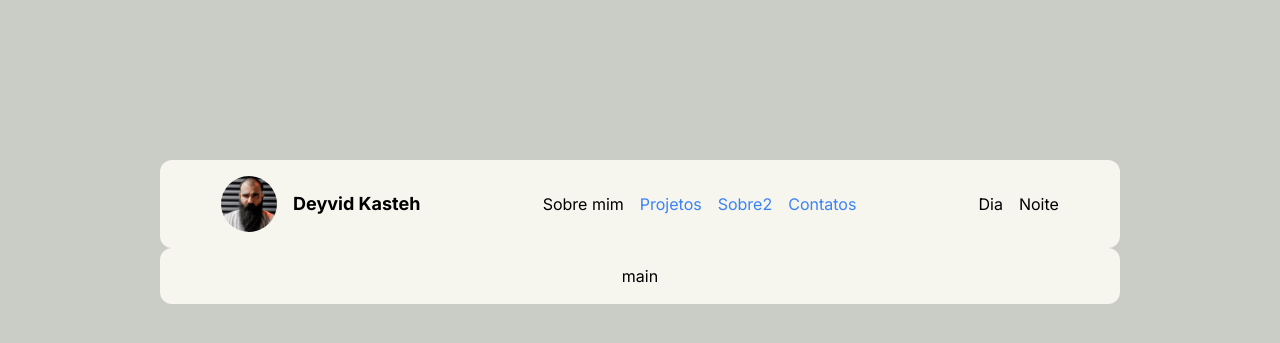
Repository: Deyvid-Kasteh/kasteh_portfolio
Page: /
The author's editor kept a copy of each file at every save. The page is drawn from the files as they stood at one save, then again after the next save.
The browser window is 1280 px wide. The pictures show the whole page.
The project was rebuilt for these pictures with package versions that can differ from the ones it lists, and the page was loaded fresh each time. The framework's server and built-in components were replaced by stand-ins that run in the browser. Also part of the build but not shown: next.config.mjs.

Above is the page before, as saved 2024-03-24 17:46:31.

### src/app/layout.tsx
import type { Metadata } from "next";
import { Inter } from "next/font/google";
import "./globals.css";

const inter = Inter({ subsets: ["latin"] });

export const metadata: Metadata = {
  title: "Create Next App",
  description: "Generated by create next app",
};

export default function RootLayout({
  children,
}: Readonly<{
  children: React.ReactNode;
}>) {
  return (
    <html lang="pt-br">
      <body
        className={`bg-customGrayBG ${inter.className} p-4 sm:p-6 md:p-8 lg:p-10 xl:p-40`}
      >
        {children}
      </body>
    </html>
  );
}

### src/app/page.tsx
import Header from "./components/header";
import Main from "./components/main";

export default function Home() {
  return (
    <>
      <Header />
      <Main />
      <footer></footer>
    </>
    // <main className="bg-neutral-200 flex min-h-screen flex-col items-center justify-between p-24">

    // </main>
  );
}

### src/app/globals.css
@tailwind base;
@tailwind components;
@tailwind utilities;

:root {
  --foreground-rgb: 0, 0, 0;
  --background-start-rgb: 214, 219, 220;
  --background-end-rgb: 0, 0, 0;
}

/* @media (prefers-color-scheme: dark) {
  :root {
    --foreground-rgb: 255, 255, 255;
    --background-start-rgb: 0, 0, 0;
    --background-end-rgb: 0, 0, 0;
  }
} */

body {
  color: "#25282B"
  /* background: linear-gradient(
      to bottom,
      transparent,
      rgb(var(--background-end-rgb))
    )
    rgb(var(--background-start-rgb)); */
}



@layer utilities {
  .text-balance {
    text-wrap: balance;
  }
}

### src/app/components/header.tsx
import React from "react";
import logo from "../../../public/deyvidKaseth.jpg";
import Image from "next/image";

const Header: React.FC = () => {
  return (
    <header className="bg-customGrayComponents flex justify-around items-center py-4 rounded-xl">
      <div className="flex items-center space-x-4">
        <Image src={logo} alt="Logo" className="rounded-full w-14 h-14" />
        <h1 className="text-lg font-bold">Deyvid Kasteh</h1>
      </div>
      <nav>
        <ul className="flex space-x-4">
          <li>
            <a href="#">Sobre mim</a>
          </li>
          <li>
            <a href="#" className="text-blue-500 hover:text-blue-700">
              Projetos
            </a>
          </li>
          <li>
            <a
              href="#"
              className="text-blue-500 hover:text-blue-700 hover:bg-blue-500"
            >
              Sobre2
            </a>
          </li>
          <li>
            <a href="#" className="text-blue-500 hover:text-blue-700">
              Contatos
            </a>
          </li>
        </ul>
      </nav>
      <div className="flex space-x-4">
        <p>Dia</p>
        <p>Noite</p>
      </div>
    </header>
  );
};

export default Header;

### src/app/components/main.tsx
import React from 'react'

const Main: React.FC = () => {
  return <main className="bg-customGrayComponents flex justify-around items-center py-4 rounded-xl h-50 w-50">main</main>;
}

export default Main

### tailwind.config.ts
import type { Config } from "tailwindcss";

const config: Config = {
  content: [
    "./src/pages/**/*.{js,ts,jsx,tsx,mdx}",
    "./src/components/**/*.{js,ts,jsx,tsx,mdx}",
    "./src/app/**/*.{js,ts,jsx,tsx,mdx}",
  ],
  theme: {
    extend: {
      backgroundImage: {
        "gradient-radial": "radial-gradient(var(--tw-gradient-stops))",
        "gradient-conic":
          "conic-gradient(from 180deg at 50% 50%, var(--tw-gradient-stops))",
      },
      colors: {
        customGrayBG: "#CACCC6", // Definindo o background color
        customGrayComponents: "#F6F6EF",
      },
    },
  },
  plugins: [],
};
export default config;

After the next save:
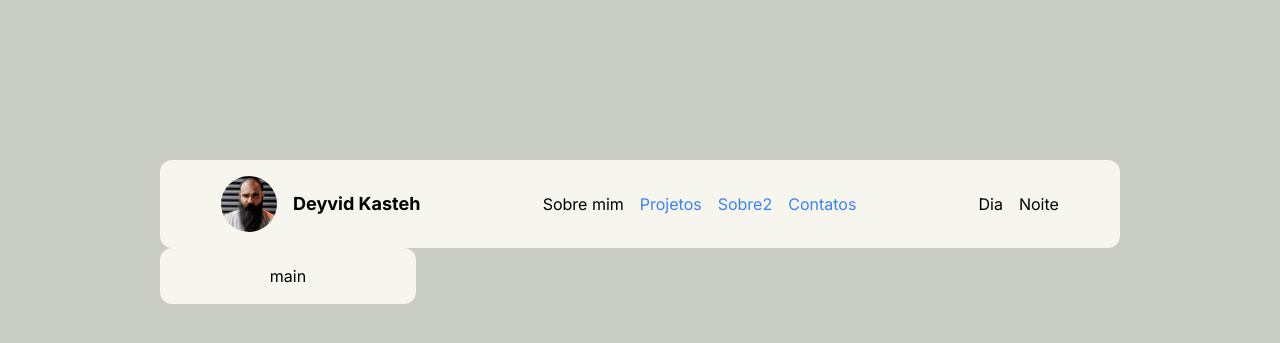
Saved 2 min 5 s later.
--- a/src/app/components/main.tsx
+++ b/src/app/components/main.tsx
@@ -1,7 +1,11 @@
 import React from 'react'
 
 const Main: React.FC = () => {
-  return <main className="bg-customGrayComponents flex justify-around items-center py-4 rounded-xl h-50 w-50">main</main>;
+  return (
+    <main className="bg-customGrayComponents flex justify-around items-center py-4 rounded-xl w-64">
+      main
+    </main>
+  );
 }
 
 export default Main
